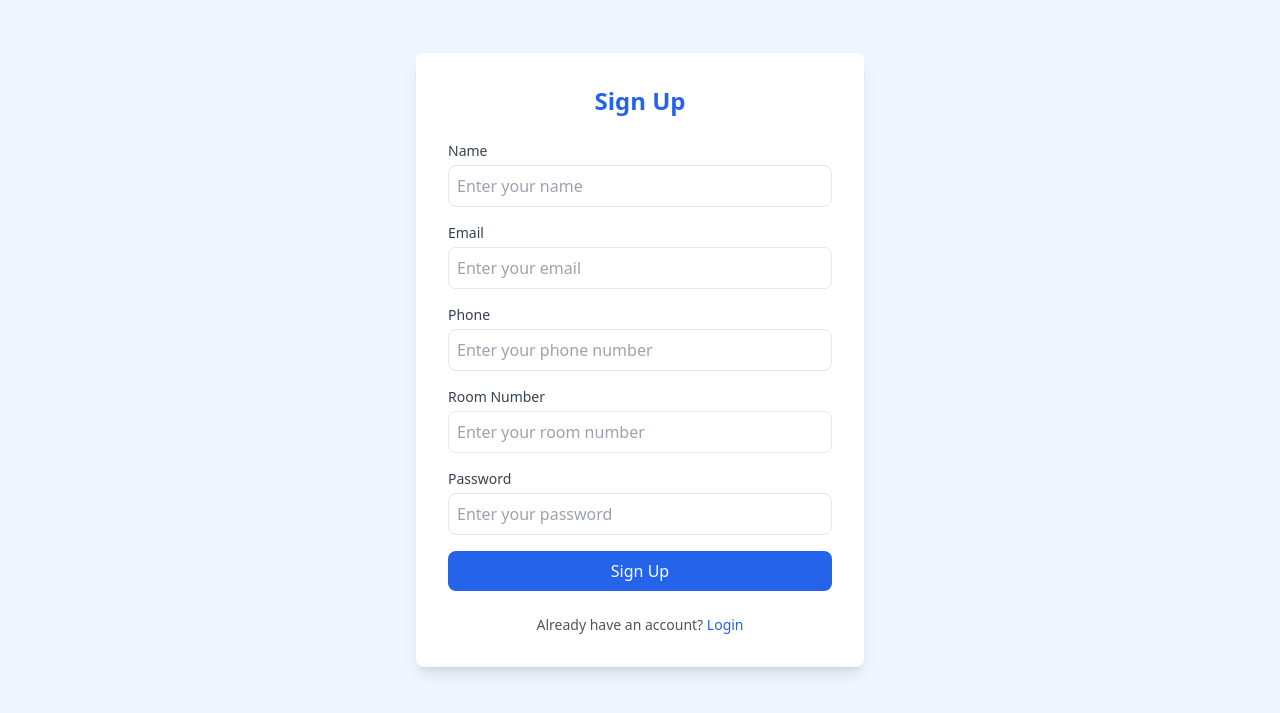
Repository: makanda596/system
Page: /signup (app in client/)
The author's editor kept a copy of each file at every save. The page is drawn from the files as they stood at one save, then again after the next save.
The browser window is 1280 px wide. The pictures show the whole page.
The project was rebuilt for these pictures with package versions that can differ from the ones it lists, and the page was loaded fresh each time. Also part of the build but not shown: client/src/Home.jsx. Imported but missing from the stored project, and not drawn on this page: client/src/reportWebVitals.

Above is the page before, as saved 2024-12-03 08:11:25.

After the next save:
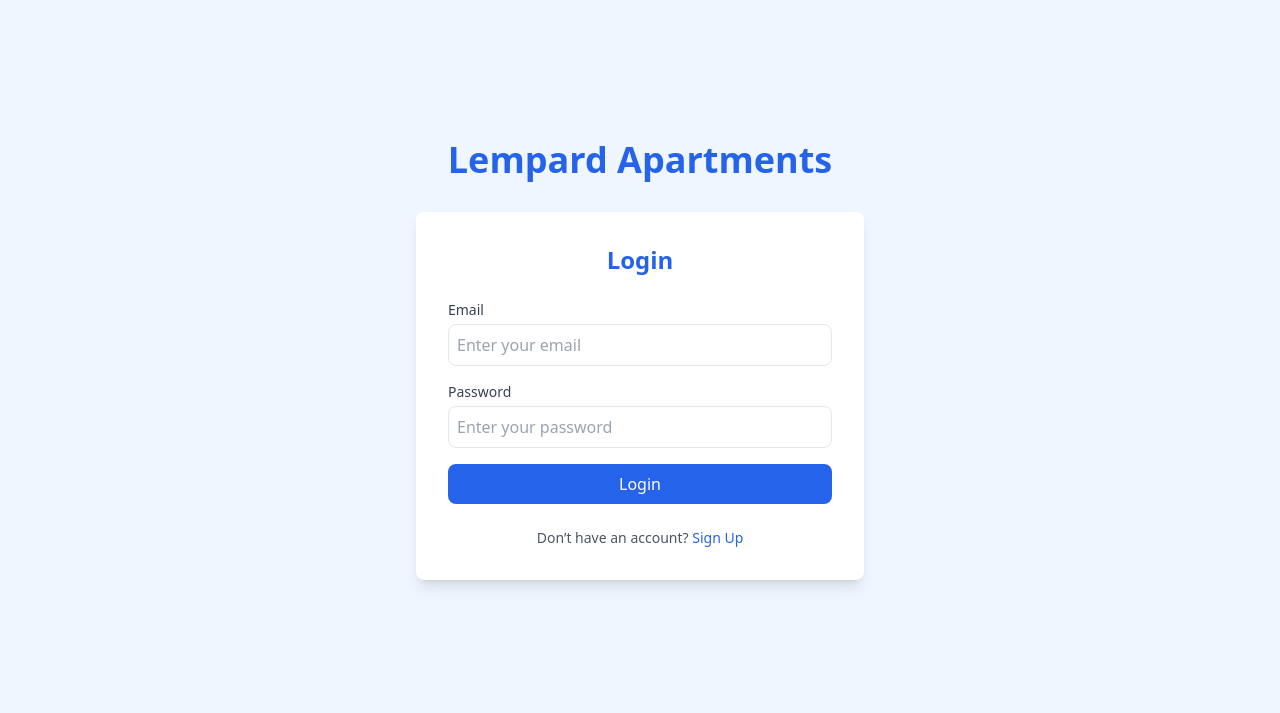
Saved 2 min 25 s later.
--- a/client/src/App.js
+++ b/client/src/App.js
@@ -6,12 +6,7 @@ import LoginForm from './LoginForm.jsx'
 function App() {
   return (
     <div>
-      <Router>
-        <Routes>
-          <Route path="/signup" element={<SignUpForm />} />
-          <Route path='/login' element={<LoginForm />} />
-        </Routes>
-      </Router>
+      <LoginForm />
     </div>
   );
 }
